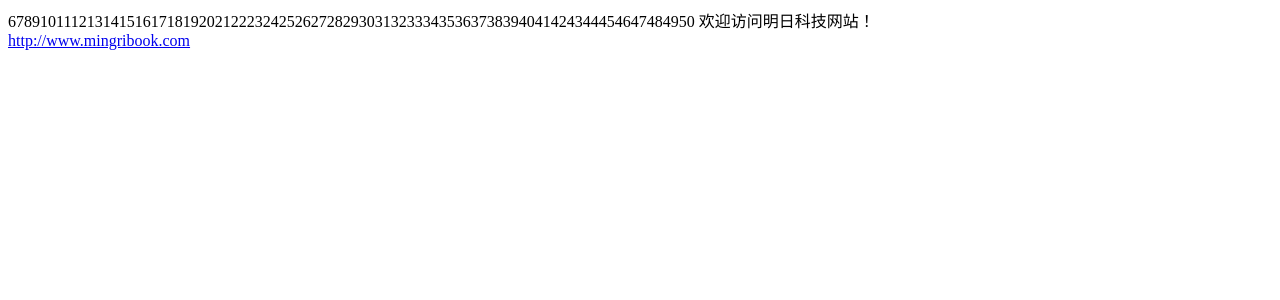
Repository: bookFireFly/bookFireFly
Page: JavaScriptMingriBook/Main/11遍历文档标记.html
An editor plug-in stored every save of this project. The page is shown before and after the next save, followed by the edit.
The browser window is 1280 px wide. The pictures show the whole page.

Above is the page before, as saved 2017-10-21 08:16:33.

After the next save:
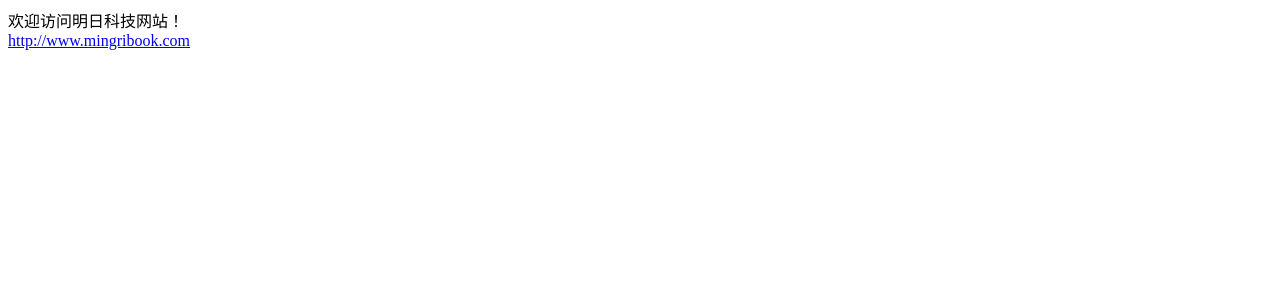
Saved 31 s later.
--- a/JavaScriptMingriBook/Main/11遍历文档标记.html
+++ b/JavaScriptMingriBook/Main/11遍历文档标记.html
@@ -12,7 +12,7 @@
 function show(){
 
 }
-for (var g=6;g>5;g++){
+for (var g=6;g>7;g++){
 	document.write(g);
 	if (g==50){
 		break;
